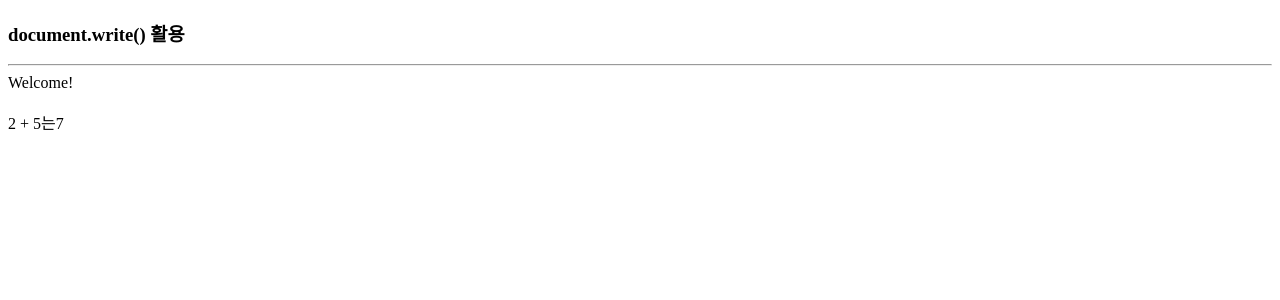
Repository: jin4344/study
Page: write/writetast.html
An editor plug-in stored every save of this project. The page is shown before and after a run of saves, followed by the edit.
The browser window is 1280 px wide. The pictures show the whole page.

Above is the page before, as saved 2023-05-21 15:55:26.

### write/writetast.html
<!DOCTYPE html>
<html lang="en">
  <head>
    <meta charset="UTF-8" />
    <meta http-equiv="X-UA-Compatible" content="IE=edge" />
    <meta name="viewport" content="width=device-width, initial-scale=1.0" />
    <title>document.write() 실습</title>
  </head>
  <body></body>
  <script>
    document.write(`<h3>document.write() 활용</h3><hr>`);
    document.write(`<span>Welcome!<span><br><br>`);
    document.write(`<span>2 + 5는</span>`);
    document.write(`<span>${2 + 5}</span>`);
  </script>
</html>

After the next 2 saves:
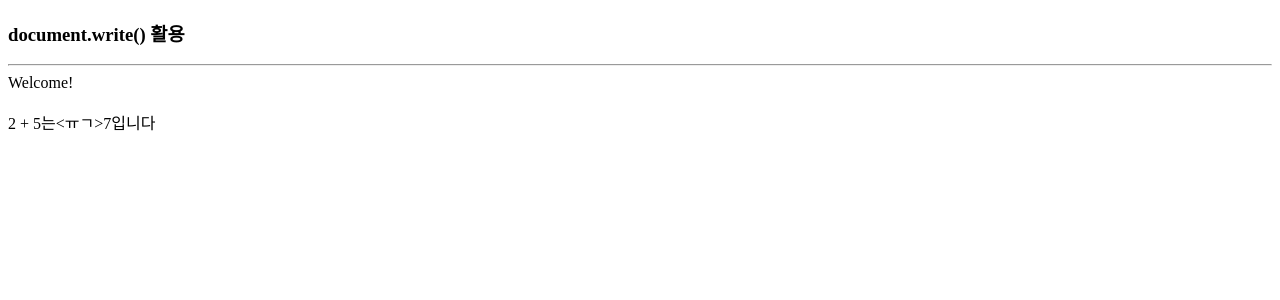
The 2 saves are shown as one change because they came seconds apart.
The last was saved 9 s later.
--- a/write/writetast.html
+++ b/write/writetast.html
@@ -10,7 +10,7 @@
   <script>
     document.write(`<h3>document.write() 활용</h3><hr>`);
     document.write(`<span>Welcome!<span><br><br>`);
-    document.write(`<span>2 + 5는</span>`);
-    document.write(`<span>${2 + 5}</span>`);
+    document.write(`<span>2 + 5는</span><ㅠㄱ>`);
+    document.write(`<span>${2 + 5}입니다</span>`);
   </script>
 </html>
